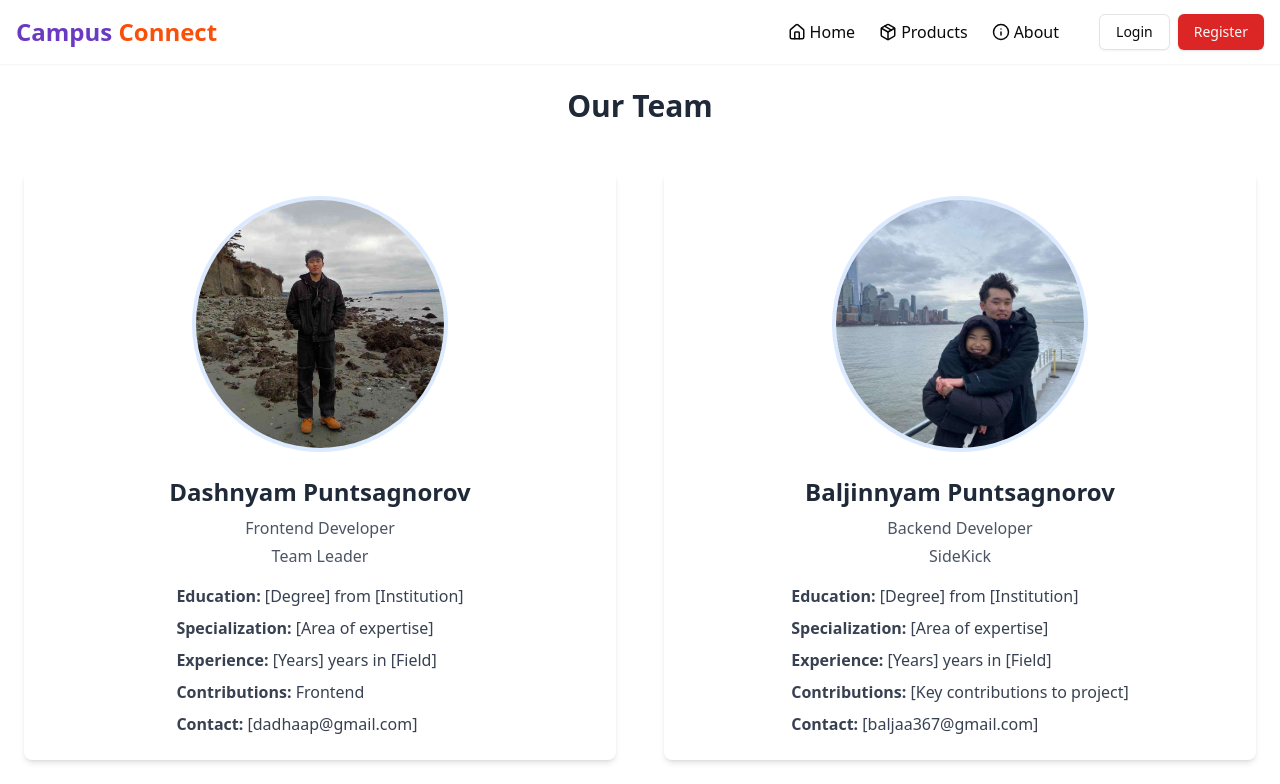
Repository: DashaaFX/Campus-Connect-CSC482
Page: /creator (app in frontend-recovery/)
These files come from the project's save history. The page is drawn as it stood at one moment and after the next save; the edit follows.
The browser window is 1280 px wide. The pictures show the whole page.
The page's requests for data from a server got no answer. The project was rebuilt for these pictures with package versions that can differ from the ones it lists, and the page was loaded fresh each time. No one was signed in, and anything a server would have sent is missing. Also part of the build but not shown: frontend-recovery/vite.config.js, frontend-recovery/src/components/ui/popover.jsx, frontend-recovery/src/components/ui/avatar.jsx, frontend-recovery/src/components/components_lite/Header.jsx, frontend-recovery/src/components/components_lite/Footer.jsx, frontend-recovery/src/components/components_lite/LatestProducts.jsx, frontend-recovery/src/components/components_lite/Home.jsx, frontend-recovery/src/components/ui/label.jsx and 25 more.

Above is the page before, as saved 2025-05-10 18:25:27.

### frontend-recovery/index.html
<!doctype html>
<html lang="en">
  <head>
    <meta charset="UTF-8" />
    <link rel="icon" href="/sunfire sensei logo.png" />
    <meta name="viewport" content="width=device-width, initial-scale=1.0" />
    <title>Campus Connect</title>
  </head>
  <body>
    <div id="root"></div>
    <script type="module" src="/src/main.jsx"></script>
  </body>
</html>

### frontend-recovery/src/main.jsx
import { StrictMode } from "react";
import { createRoot } from "react-dom/client";
import "./index.css";
import App from "./App.jsx";
import { Toaster } from "./components/ui/sonner";
import { Provider } from "react-redux";
import { persistStore } from "redux-persist";

import store from "./redux/store";
import { PersistGate } from "redux-persist/integration/react";

const persistor = persistStore(store);

createRoot(document.getElementById("root")).render(
  <StrictMode>
    <Provider store={store}>
      <PersistGate loading={null} persistor={persistor}>
        <App />
        <Toaster />
      </PersistGate>
    </Provider>
  </StrictMode>
);

### frontend-recovery/src/index.css
@tailwind base;
@tailwind components;
@tailwind utilities;

/* ... */

@layer base {
  :root {

    --background: 0 0% 100%;

    --foreground: 240 10% 3.9%;

    --card: 0 0% 100%;

    --card-foreground: 240 10% 3.9%;

    --popover: 0 0% 100%;

    --popover-foreground: 240 10% 3.9%;

    --primary: 240 5.9% 10%;

    --primary-foreground: 0 0% 98%;

    --secondary: 240 4.8% 95.9%;

    --secondary-foreground: 240 5.9% 10%;

    --muted: 240 4.8% 95.9%;

    --muted-foreground: 240 3.8% 46.1%;

    --accent: 240 4.8% 95.9%;

    --accent-foreground: 240 5.9% 10%;

    --destructive: 0 84.2% 60.2%;

    --destructive-foreground: 0 0% 98%;

    --border: 240 5.9% 90%;

    --input: 240 5.9% 90%;

    --ring: 240 10% 3.9%;

    --chart-1: 12 76% 61%;

    --chart-2: 173 58% 39%;

    --chart-3: 197 37% 24%;

    --chart-4: 43 74% 66%;

    --chart-5: 27 87% 67%;

    --radius: 0.5rem
  }
  .dark {

    --background: 240 10% 3.9%;

    --foreground: 0 0% 98%;

    --card: 240 10% 3.9%;

    --card-foreground: 0 0% 98%;

    --popover: 240 10% 3.9%;

    --popover-foreground: 0 0% 98%;

    --primary: 0 0% 98%;

    --primary-foreground: 240 5.9% 10%;

    --secondary: 240 3.7% 15.9%;

    --secondary-foreground: 0 0% 98%;

    --muted: 240 3.7% 15.9%;

    --muted-foreground: 240 5% 64.9%;

    --accent: 240 3.7% 15.9%;

    --accent-foreground: 0 0% 98%;

    --destructive: 0 62.8% 30.6%;

    --destructive-foreground: 0 0% 98%;

    --border: 240 3.7% 15.9%;

    --input: 240 3.7% 15.9%;

    --ring: 240 4.9% 83.9%;

    --chart-1: 220 70% 50%;

    --chart-2: 160 60% 45%;

    --chart-3: 30 80% 55%;

    --chart-4: 280 65% 60%;

    --chart-5: 340 75% 55%
  }
}

@layer base {
  * {
    @apply border-border;
  }
  body {
    @apply bg-background text-foreground;
  }
}

@keyframes collapsible-down {
  from {
    height: 0;
    opacity: 0;
  }
  to {
    height: var(--radix-collapsible-content-height);
    opacity: 1;
  }
}

@keyframes collapsible-up {
  from {
    height: var(--radix-collapsible-content-height);
    opacity: 1;
  }
  to {
    height: 0;
    opacity: 0;
  }
}

### frontend-recovery/src/App.jsx
import React from "react";
import { createBrowserRouter, RouterProvider } from "react-router-dom";
import { Provider } from "react-redux";
import store from "./redux/store";

// Pages & Components
import Layout from "./Layout";
import Home from "./components/components_lite/Home";
import Login from "./components/authentication/Login";
import Register from "./components/authentication/Register";
import Profile from "./components/components_lite/Profile";
import PrivacyPolicy from "./components/components_lite/PrivacyPolicy";
import TermsofService from "./components/components_lite/TermsofService";
import Creator from "./components/creator/Creator";
import PostProduct from "./components/admincomponent/PostProduct";
import EditProductForm from "./components/admincomponent/EditProductForm";
import AdminProducts from "./pages/AdminProducts";

import PublicProductPage from "./components/components_lite/PublicProductPage";
import Products from "./components/components_lite/Products";
import CartPage from "./pages/CartPage";
import CheckoutPage from "./pages/CheckoutPage";
import MyOrdersPage from "./pages/MyOrdersPage";
import MySalesPage from "./pages/MySalesPage";

const appRouter = createBrowserRouter([
  {
    path: "/",
    element: <Layout />,
    children: [
      { path: "", element: <Home /> },
      { path: "home", element: <Home /> },
      { path: "login", element: <Login /> },
      { path: "register", element: <Register /> },
      { path: "profile", element: <Profile /> },
      { path: "privacy-policy", element: <PrivacyPolicy /> },
      { path: "terms-of-service", element: <TermsofService /> },
      { path: "creator", element: <Creator /> },


      { path: "products", element: <PublicProductPage /> },
      { path: "products/:id", element: <Products /> },


      { path: "cart", element: <CartPage /> },
      { path: "checkout", element: <CheckoutPage /> },


      { path: "my-orders", element: <MyOrdersPage /> },
      { path: "my-sales", element: <MySalesPage /> },
      { path: "products/create", element: <PostProduct /> },

    ]
  }
]);

function App() {
  return (
    <Provider store={store}>
      <RouterProvider router={appRouter} />
    </Provider>
  );
}

export default App;

### frontend-recovery/src/components/ui/sonner.jsx
import { useTheme } from "next-themes"
import { Toaster as Sonner } from "sonner"

const Toaster = ({
  ...props
}) => {
  const { theme = "system" } = useTheme()

  return (
    (<Sonner
      theme={theme}
      className="toaster group"
      toastOptions={{
        classNames: {
          toast:
            "group toast group-[.toaster]:bg-background group-[.toaster]:text-foreground group-[.toaster]:border-border group-[.toaster]:shadow-lg",
          description: "group-[.toast]:text-muted-foreground",
          actionButton:
            "group-[.toast]:bg-primary group-[.toast]:text-primary-foreground",
          cancelButton:
            "group-[.toast]:bg-muted group-[.toast]:text-muted-foreground",
        },
      }}
      {...props} />)
  );
}

export { Toaster }

### frontend-recovery/src/redux/store.js
import { combineReducers, configureStore } from "@reduxjs/toolkit";
import authReducer from "./authSlice";
import productReducer from "./productSlice";
import {
  persistReducer,
  FLUSH,
  REHYDRATE,
  PAUSE,
  PERSIST,
  PURGE,
  REGISTER,
} from "redux-persist";
import storage from "redux-persist/lib/storage";
import cartReducer from "./cartSlice";

// Only persist auth state
const authPersistConfig = {
  key: 'auth',
  storage,
  whitelist: ['user', 'token']
};

const rootReducer = combineReducers({
  auth: persistReducer(authPersistConfig, authReducer),
  products: productReducer, // Not persisted
  cart: cartReducer, // ← Add this
});

const store = configureStore({
  reducer: rootReducer,
  middleware: (getDefaultMiddleware) =>
    getDefaultMiddleware({
      serializableCheck: {
        ignoredActions: [FLUSH, REHYDRATE, PAUSE, PERSIST, PURGE, REGISTER],
        ignoredPaths: ['products.product', 'products.products'],
      },
    }),
  devTools: process.env.NODE_ENV !== 'production',
});

export default store;

### frontend-recovery/src/Layout.jsx
import React from "react";
import Navbar from "./components/components_lite/Navbar";
import { Outlet } from "react-router-dom";

const Layout = () => {
  return (
    <div>
      <Navbar />
      <Outlet />
    </div>
  );
};

export default Layout;

### frontend-recovery/src/components/creator/Creator.jsx
import React from 'react'
import Navbar from '../components_lite/Navbar'
import dash from './dash.jpg';
import balj from './balj.jpg';

const Creator = () => {
  return (
    <div>

      <div className="flex flex-col items-center justify-center min-h-screen max-w-7xl mx-auto p-6">
        <h1 className="text-3xl font-bold text-gray-800 mb-12">Our Team</h1>

        <div className="grid grid-cols-1 md:grid-cols-2 gap-12 w-full">
          {/* Creator 1 */}
          <div className="flex flex-col items-center p-6 rounded-lg shadow-md hover:shadow-lg transition-shadow duration-300">
            <img
              src={dash}
              alt="Creator 1"
              className="w-64 h-64 object-cover rounded-full mb-6 border-4 border-blue-100"
            />
            <h2 className="text-2xl font-bold text-gray-800 mb-2">Dashnyam Puntsagnorov</h2>
            <p className="text-gray-600 mb-1">Frontend Developer</p>
            <p className="text-gray-600 mb-4">Team Leader</p>

            <div className="text-left text-gray-700">
              <p className="mb-2"><strong>Education:</strong> [Degree] from [Institution]</p>
              <p className="mb-2"><strong>Specialization:</strong> [Area of expertise]</p>
              <p className="mb-2"><strong>Experience:</strong> [Years] years in [Field]</p>
              <p className="mb-2"><strong>Contributions:</strong> Frontend</p>
              <p><strong>Contact:</strong> [dadhaap@gmail.com]</p>
            </div>
          </div>

          {/* Creator 2 */}
          <div className="flex flex-col items-center p-6 rounded-lg shadow-md hover:shadow-lg transition-shadow duration-300">
            <img
              src={balj}
              alt="Creator 2"
              className="w-64 h-64 object-cover rounded-full mb-6 border-4 border-blue-100"
            />
            <h2 className="text-2xl font-bold text-gray-800 mb-2">Baljinnyam Puntsagnorov</h2>
            <p className="text-gray-600 mb-1">Backend Developer</p>
            <p className="text-gray-600 mb-4">SideKick</p>

            <div className="text-left text-gray-700">
              <p className="mb-2"><strong>Education:</strong> [Degree] from [Institution]</p>
              <p className="mb-2"><strong>Specialization:</strong> [Area of expertise]</p>
              <p className="mb-2"><strong>Experience:</strong> [Years] years in [Field]</p>
              <p className="mb-2"><strong>Contributions:</strong> [Key contributions to project]</p>
              <p><strong>Contact:</strong> [baljaa367@gmail.com]</p>
            </div>
          </div>
        </div>
      </div>
    </div>
  )
}

export default Creator

### frontend-recovery/src/redux/cartSlice.js
// src/redux/cartSlice.js
import { createSlice, createAsyncThunk } from '@reduxjs/toolkit';
import axios from 'axios';
import { CART_API_ENDPOINT } from '@/utils/data';

// Async Thunks
export const fetchCart = createAsyncThunk('cart/fetchCart', async (_, { rejectWithValue }) => {
  try {
    const res = await axios.get(CART_API_ENDPOINT, { withCredentials: true });
    return res.data;
  } catch (err) {
    return rejectWithValue(err.response?.data?.message || 'Failed to load cart');
  }
});

export const addToCart = createAsyncThunk('cart/addToCart', async ({ productId, quantity = 1 }, { rejectWithValue }) => {
  try {
    const res = await axios.post(`${CART_API_ENDPOINT}/add`, { productId, quantity }, { withCredentials: true });
    return res.data;
  } catch (err) {
    return rejectWithValue(err.response?.data?.message || 'Failed to add to cart');
  }
});

export const removeFromCart = createAsyncThunk('cart/removeFromCart', async (productId, { rejectWithValue }) => {
  try {
    const res = await axios.delete(`${CART_API_ENDPOINT}/remove/${productId}`, { withCredentials: true });
    return res.data;
  } catch (err) {
    return rejectWithValue(err.response?.data?.message || 'Failed to remove from cart');
  }
});
export const decreaseQuantityFromCart = createAsyncThunk(
  'cart/decreaseQuantity',
  async (productId, { rejectWithValue }) => {
    try {
      const res = await axios.patch(`${CART_API_ENDPOINT}/decrease/${productId}`, {}, { withCredentials: true });
      return res.data;
    } catch (err) {
      return rejectWithValue(err.response?.data?.message || 'Failed to update cart');
    }
  }
);

export const clearCart = createAsyncThunk('cart/clearCart', async (_, { rejectWithValue }) => {
  try {
    const res = await axios.delete(`${CART_API_ENDPOINT}/clear`, { withCredentials: true });
    return res.data;
  } catch (err) {
    return rejectWithValue(err.response?.data?.message || 'Failed to clear cart');
  }
});

const cartSlice = createSlice({
  name: 'cart',
  initialState: {
    items: [],
    user: null,
    loading: false,
    error: null,
  },
  reducers: {},
  extraReducers: (builder) => {
    builder
      .addCase(fetchCart.fulfilled, (state, action) => {
        state.items = action.payload.items || [];
        state.user = action.payload.user;
        state.loading = false;
      })
      .addMatcher(action => action.type.endsWith('/pending'), state => {
        state.loading = true;
        state.error = null;
      })
      .addMatcher(action => action.type.endsWith('/rejected'), (state, action) => {
        state.loading = false;
        state.error = action.payload;
      })
      .addMatcher(action => action.type.endsWith('/fulfilled'), state => {
        state.loading = false;
        state.error = null;
      });
  },
});

export default cartSlice.reducer;

### frontend-recovery/src/components/components_lite/Navbar.jsx
import React from "react";
import { useEffect } from "react";
import { fetchCart } from "@/redux/cartSlice";
import { Link, useNavigate } from "react-router-dom";
import { Popover, PopoverContent, PopoverTrigger } from "../ui/popover";
import { Avatar, AvatarImage } from "../ui/avatar";
import { Button } from "../ui/button";
import { LogOut, User2, ShoppingCart, PackageCheck, PackageSearch,Home, Package, Info } from "lucide-react";
import { useDispatch, useSelector } from "react-redux";
import { toast } from "sonner";
import axios from "axios";
import { setUser } from "@/redux/authSlice";
import { USER_API_ENDPOINT } from "@/utils/data";


const Navbar = () => {
  const { user } = useSelector((store) => store.auth);
  const cartItems = useSelector((state) => state.cart.items);
  const itemCount = cartItems.reduce((acc, item) => acc + item.quantity, 0);


  const dispatch = useDispatch();
  const navigate = useNavigate();
  useEffect(() => {
    dispatch(fetchCart());
  }, [dispatch]);

  const logoutHandler = async () => {
    try {
      const res = await axios.post(`${USER_API_ENDPOINT}/logout`, {
        withCredentials: true,
      });
      if (res && res.data && res.data.success) {
        dispatch(setUser(null));
        navigate("/");
        toast.success(res.data.message);
      } else {
        console.error("Error logging out:", res.data);
      }
    } catch (error) {
      console.error("Axios error:", error);
      if (error.response) {
        console.error("Error response:", error.response.data);
      }
      toast.error("Error logging out. Please try again.");
    }
  };

  return (
    <div className="bg-white sticky top-0 z-50 shadow-sm">
      <div className="flex items-center justify-between mx-auto max-w-7xl h-16 px-4">
        <div>
          <Link to="/" className="cursor-pointer">
            <h1 className="text-2xl font-bold">
              <span className="text-[#6B3AC2]">Campus</span>{" "}
              <span className="text-[#FA4F09]">Connect</span>
            </h1>
          </Link>
        </div>

        <div className="flex items-center gap-10">
          <ul className="flex font-medium items-center gap-6">
          <li className="flex items-center gap-1">
            <Home size={18} />
            <Link to={"/Home"}>Home</Link>
          </li>
          <li className="flex items-center gap-1">
            <Package size={18} />
            <Link to={"/products"}>Products</Link>
          </li>
          <li className="flex items-center gap-1">
            <Info size={18} />
            <Link to={"/Creator"}>About</Link>
          </li>

            {user && (
              <>
                <li>
                  <Link to={"/cart"} className="relative flex items-center gap-1">
                    <ShoppingCart size={18} />
                    Cart
                    {itemCount > 0 && (
                      <span className="ml-1 inline-flex items-center justify-center px-2 py-0.5 text-xs font-bold text-white bg-red-500 rounded-full">
                        {itemCount}
                      </span>
                    )}
                  </Link>
                </li>
                <li>
                  <Link to={"/my-orders"} className="flex items-center gap-1">
                    <PackageCheck size={18} />
                    My Orders
                  </Link>
                </li>
                <li>
                  <Link to={"/my-sales"} className="flex items-center gap-1">
                    <PackageSearch size={18} />
                    My Sales
                  </Link>
                </li>

              </>
            )}
          </ul>

          {!user ? (
            <div className="flex items-center gap-2">
              <Link to={"/login"}>
                <Button variant="outline">Login</Button>
              </Link>
              <Link to={"/register"}>
                <Button className="bg-red-600 hover:bg-red-700">
                  Register
                </Button>
              </Link>
            </div>
          ) : (
            <Popover>
              <PopoverTrigger asChild>
                <Avatar className="cursor-pointer">
                  <AvatarImage
                    src={user?.profile?.profilePhoto}
                    alt="profile"
                  />
                </Avatar>
              </PopoverTrigger>
              <PopoverContent className="w-80">
                <div className="flex items-center gap-4 space-y-2">
                  <Avatar>
                    <AvatarImage
                      src={user?.profile?.profilePhoto}
                      alt="profile"
                    />
                  </Avatar>
                  <div>
                    <h3 className="font-medium">{user?.fullname}</h3>
                    <p className="text-sm text-muted-foreground">
                      {user?.profile?.bio}
                    </p>
                  </div>
                </div>

                <div className="flex flex-col my-2 text-gray-600">
                  <div className="flex w-fit items-center gap-2 cursor-pointer">
                    <User2 />
                    <Button variant="link">
                      <Link to={"/Profile"}>Profile</Link>
                    </Button>
                  </div>

                  <div className="flex w-fit items-center gap-2 cursor-pointer">
                    <LogOut />
                    <Button onClick={logoutHandler} variant="link">
                      Logout
                    </Button>
                  </div>
                </div>
              </PopoverContent>
            </Popover>
          )}
        </div>
      </div>
    </div>
  );
};

export default Navbar;

### frontend-recovery/src/utils/data.js
export const USER_API_ENDPOINT = "http://localhost:5011/api/user";
export const JOB_API_ENDPOINT = "http://localhost:5011/api/job";
export const APPLICATION_API_ENDPOINT = "http://localhost:5011/api/application";
export const COMPANY_API_ENDPOINT = "http://localhost:5011/api/company";
export const PRODUCT_API_ENDPOINT = "http://localhost:5011/api/products";
export const CATEGORY_API_ENDPOINT = "http://localhost:5011/api/categories";
export const CART_API_ENDPOINT = "http://localhost:5011/api/cart";
export const ORDER_API_ENDPOINT = "http://localhost:5011/api/orders";

### frontend-recovery/src/components/ui/button.jsx
import * as React from "react"
import { Slot } from "@radix-ui/react-slot"
import { cva } from "class-variance-authority";

import { cn } from "@/lib/utils"

const buttonVariants = cva(
  "inline-flex items-center justify-center gap-2 whitespace-nowrap rounded-md text-sm font-medium transition-colors focus-visible:outline-none focus-visible:ring-1 focus-visible:ring-ring disabled:pointer-events-none disabled:opacity-50 [&_svg]:pointer-events-none [&_svg]:size-4 [&_svg]:shrink-0",
  {
    variants: {
      variant: {
        default:
          "bg-primary text-primary-foreground shadow hover:bg-primary/90",
        destructive:
          "bg-destructive text-destructive-foreground shadow-sm hover:bg-destructive/90",
        outline:
          "border border-input bg-background shadow-sm hover:bg-accent hover:text-accent-foreground",
        secondary:
          "bg-secondary text-secondary-foreground shadow-sm hover:bg-secondary/80",
        ghost: "hover:bg-accent hover:text-accent-foreground",
        link: "text-primary underline-offset-4 hover:underline",
      },
      size: {
        default: "h-9 px-4 py-2",
        sm: "h-8 rounded-md px-3 text-xs",
        lg: "h-10 rounded-md px-8",
        icon: "h-9 w-9",
      },
    },
    defaultVariants: {
      variant: "default",
      size: "default",
    },
  }
)

const Button = React.forwardRef(({ className, variant, size, asChild = false, ...props }, ref) => {
  const Comp = asChild ? Slot : "button"
  return (
    (<Comp
      className={cn(buttonVariants({ variant, size, className }))}
      ref={ref}
      {...props} />)
  );
})
Button.displayName = "Button"

export { Button, buttonVariants }

Loaded but not shown: frontend-recovery/src/lib/utils.js (common file); frontend-recovery/tailwind.config.js (common file); frontend-recovery/src/redux/productSlice.js (180 lines, source omitted); frontend-recovery/src/redux/authSlice.js (133 lines, source omitted)

After the next save:
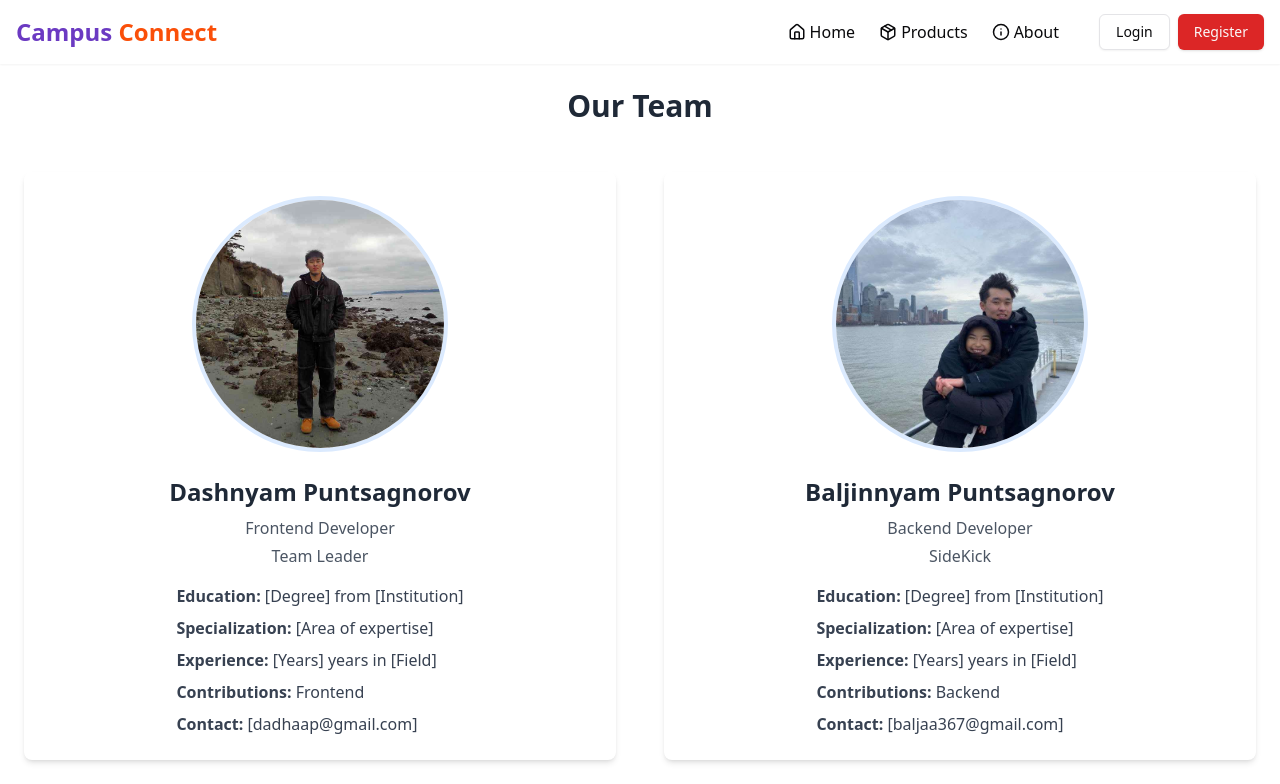
Saved 16 s later.
--- a/frontend-recovery/src/components/creator/Creator.jsx
+++ b/frontend-recovery/src/components/creator/Creator.jsx
@@ -46,7 +46,7 @@ const Creator = () => {
               <p className="mb-2"><strong>Education:</strong> [Degree] from [Institution]</p>
               <p className="mb-2"><strong>Specialization:</strong> [Area of expertise]</p>
               <p className="mb-2"><strong>Experience:</strong> [Years] years in [Field]</p>
-              <p className="mb-2"><strong>Contributions:</strong> [Key contributions to project]</p>
+              <p className="mb-2"><strong>Contributions:</strong> Backend</p>
               <p><strong>Contact:</strong> [baljaa367@gmail.com]</p>
             </div>
           </div>
